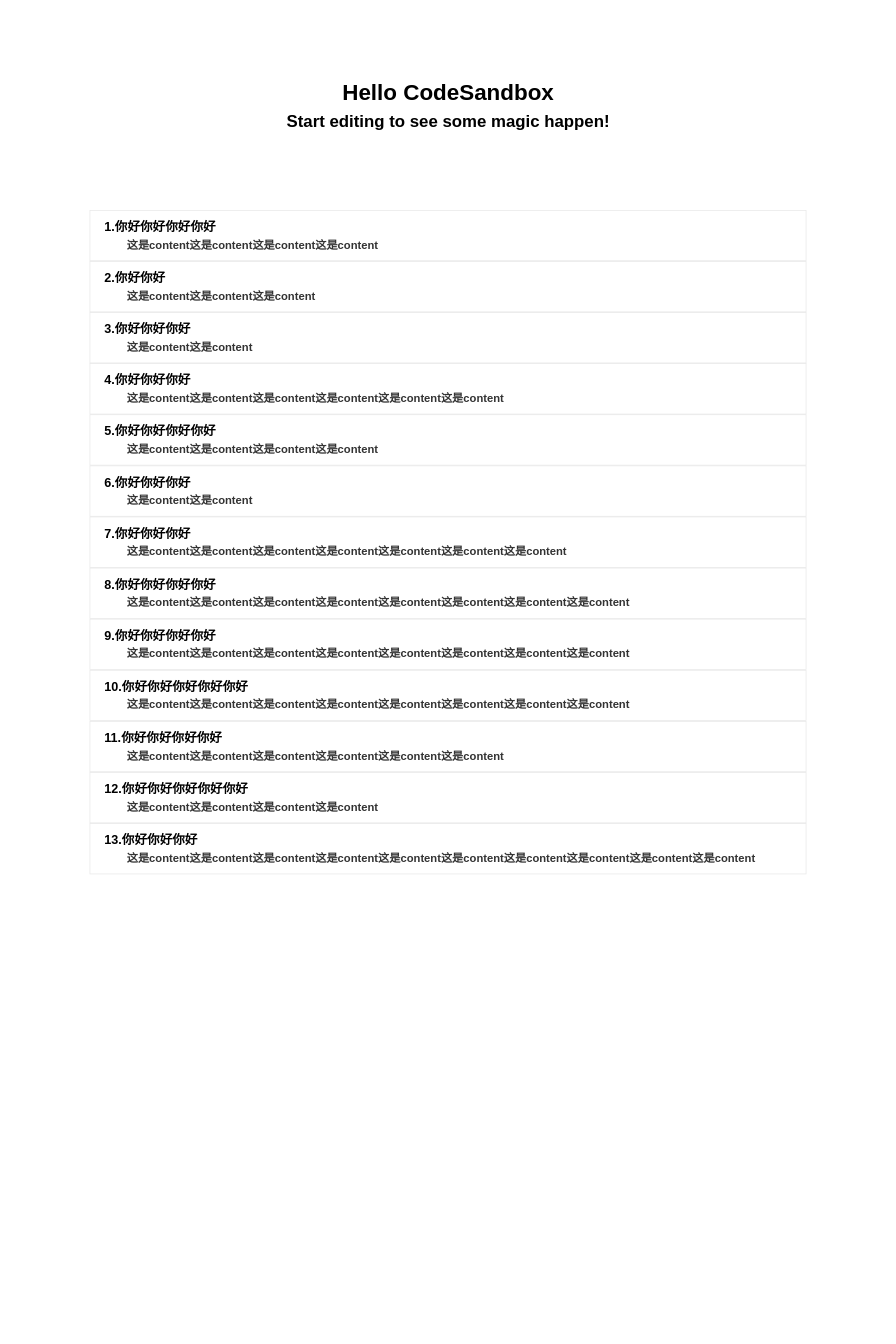
Repository: yuwanlin/react-virtuallist
Page: /
The author's editor kept a copy of each file at every save. The page is drawn from the files as they stood at one save, then again after the next save.
The browser window is 1280 px wide. The pictures show the part of the page from y = 0 to 1920 px (the page is 5489 px tall before and 1277 px after), at 70% of full size.
The project was rebuilt for these pictures with package versions that can differ from the ones it lists, and the page was loaded fresh each time.

Above is the page before, as saved 2019-09-23 19:14:21.

After the next save:
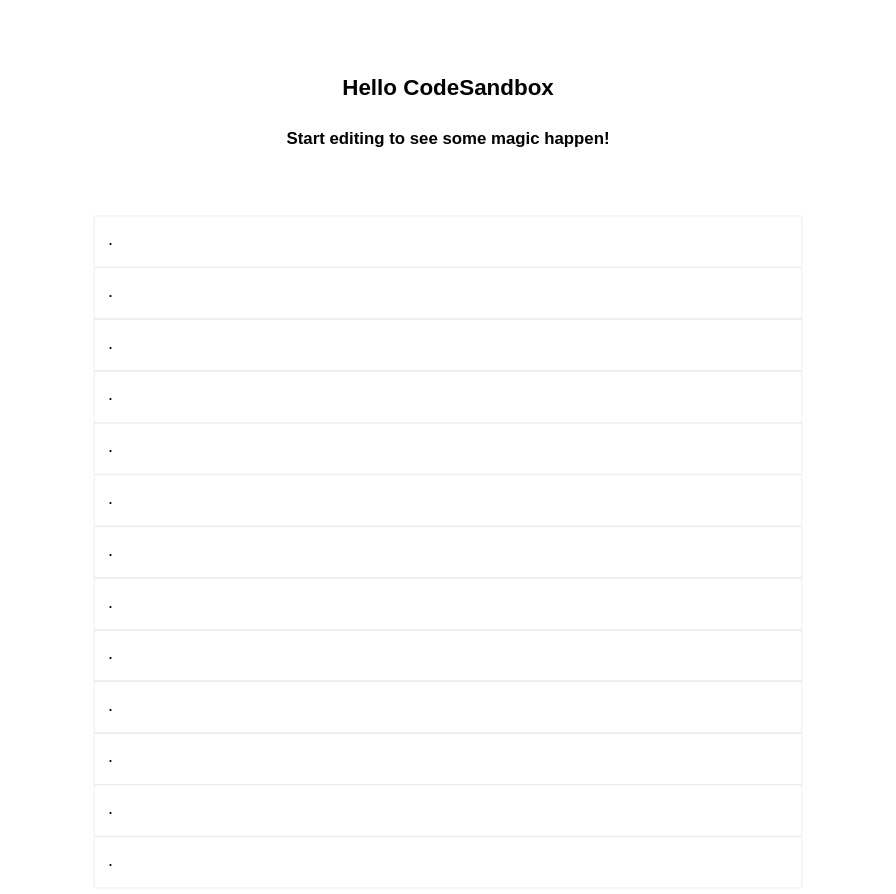
Saved 3 h 14 min later.
--- a/src/containers/virtual-list/index.tsx
+++ b/src/containers/virtual-list/index.tsx
@@ -1,14 +1,12 @@
-import React, { useEffect, useRef, useState, useLayoutEffect } from 'react'
-import { Item } from '../../utils/data'
-import './style.css'
-import ListItem from '../../component/list-item'
+import React, { useEffect, useRef, useState } from 'react'
 
 interface VirtualListProps {
   beforeBufferSize?: number
   afterBufferSize?: number
-  list: Item[]
+  list: any[]
   numberOfContainer: number
   children: (props: any) => React.ReactNode
+  minHeight: number
 }
 
 interface ItemPosition {
@@ -17,19 +15,22 @@
   index: number
 }
 
+export interface ChildrenProps {
+  item: any
+  index: number,
+  handleCalculatePosition: (node: HTMLElement, index: number) => void
+}
+
 const initialPosition = {
   top: 0,
   bottom: 0,
   index: 0,
 }
 
-const averageHeight = 80;
-
 function VirtualList(props: VirtualListProps) {
-  const { beforeBufferSize = 3, afterBufferSize = 3, list = [], numberOfContainer = 10, children } = props
-  console.log('list.length', list.length)
-  const [visibleList, setVisibleList] = useState<Item[]>([])
-  const visibleItmesPositionRef = useRef<ItemPosition[]>([])
+  const { beforeBufferSize = 3, afterBufferSize = 3, list = [], numberOfContainer = 10, children, minHeight } = props
+  const [visibleList, setVisibleList] = useState<any[]>([])
+  const itmesPositionRef = useRef<ItemPosition[]>([])
   const lastScrollItemPosition = useRef<ItemPosition>({ top: 0, bottom: 0, index: 0 })
   const lastScrollTopRef = useRef<number>(0)
   const startIndexRef = useRef<number> (0)
@@ -44,12 +45,16 @@
     endOffset: 0
   })
 
-
   useEffect(function init() {
     if(list.length === 0) {
       return;
     }
-    updateVisibleList();
+    // 当有多屏数据，当滚动的非常快的时候，比如滚动到页面底部后有一个updateVisibleList事件，在事件开始执行时list更新了
+    // 那么这里也会有一个updateVisibleList，该事件先执行，数据是正确的。然后滚动到页面底部的updateVisibleList事件继续执行，数据是之前的数据。就有问题。
+    // 使用setTimeout创建宏任务延迟执行，保证数据正确。
+    setTimeout(() => {
+      updateVisibleList();
+    }, 0);
     window.addEventListener('scroll', handleScroll)
 
     return () => {
@@ -72,6 +77,7 @@
       }
     }
 
+    // 滚动条向上滚动
     if(scrollTop < lastScrollTopRef.current) {
       if(scrollTop < lastScrollItemPosition.current.top) {
         updateStartIndex(scrollTop);
@@ -79,11 +85,10 @@
         lastScrollTopRef.current = scrollTop;
       }
     }
-
   }
 
   const updateStartIndex = (scrollTop: number) => {
-    const targetItemPosition: ItemPosition = visibleItmesPositionRef.current.find(({ bottom }) => bottom > scrollTop)!
+    const targetItemPosition: ItemPosition = itmesPositionRef.current.find(({ bottom }) => bottom > scrollTop)!
     if(!targetItemPosition) return
     lastScrollItemPosition.current = targetItemPosition;
     // 滚动的时候，可以确定lastScrollItemPosition，但是对于startIndex，要结合beforeBufferSize判断
@@ -91,34 +96,37 @@
   }
 
   const updateVisibleList = () => {
-    let endIndex: number = startIndexRef.current + numberOfContainer + afterBufferSize
+    let endIndex: number = startIndexRef.current + numberOfContainer + afterBufferSize;
     if(startIndexRef.current >= beforeBufferSize) {
-      endIndex = endIndex + afterBufferSize;
+      endIndex = endIndex + beforeBufferSize;
+    }
+    if(endIndex >= list.length) {
+      endIndex = list.length;
     }
 
     let startOffset = 0, endOffset = 0;
-    if(list.length - endIndex - 1 <= 0) {
-      endOffset = 0;
-    } else {
-      // 因为存在缓冲的元素，endIndex会超过list.length - 1
-      endOffset = (list.length - endIndex - 1) * averageHeight
+    endOffset = (list.length - endIndex) * minHeight;
+
+    // 滚动后更前列表前，最后一个元素的高度
+    const position = itmesPositionRef.current.find(p => p.index === startIndexRef.current);
+    if(position && itmesPositionRef.current[0]) {
+      // itemspositionref.current可能将某一个元素添加了多次
+      // 1. 只添加一次
+      // 2. 遍历，找到index相等的，而不是找到index对应的元素
+      startOffset = position.top - itmesPositionRef.current[0].top;
     }
-
-    // 滚动后更前列表前，最后一个消失的元素的高度
-    if(visibleItmesPositionRef.current[startIndexRef.current] && visibleItmesPositionRef.current[0]) {
-      startOffset = visibleItmesPositionRef.current[startIndexRef.current].top - visibleItmesPositionRef.current[0].top;
-    }
-    console.log("TCL: updateVisibleList -> startOffset", startOffset, endIndex)
-
     listOffsetRef.current = {
       startOffset,
       endOffset,
     }
+    console.log('index是否相等：', position, startIndexRef.current, endIndex, list.length, itmesPositionRef.current.length)
     setVisibleList(list.slice(startIndexRef.current, endIndex));
   }
 
   const handleCalculatePosition = (node: HTMLElement, index: number) => {
-    if(!node) return
+    if(!node) return;
+    const cachedPosition = itmesPositionRef.current!.find(position => position.index === index);
+    if(cachedPosition) return;
     const { top, height } = node.getBoundingClientRect();
     const nodeOffsetY = top + getScrollTop();
     const position = {
@@ -126,7 +134,7 @@
       bottom: nodeOffsetY + height,
       index
     }
-    visibleItmesPositionRef.current.push(position);
+    itmesPositionRef.current.push(position);
     if(index + 1 === beforeBufferSize) {
       lastBeforeBufferItemPosition.current = position;
     }
@@ -142,19 +150,15 @@
     return null;
   }
 
-
   return (
-    <div className={'virtual-list-box' + bottom}
+    <div
       style={{paddingTop: top + 'px', paddingBottom : listOffsetRef.current.endOffset + 'px'}}
       ref={listBoxRef}
     >
       {
-        visibleList.map((item: Item, index: number) => {
-          const { id, title, content } = item
+        visibleList.map((item: any, index: number) => {
           return children!({
-            id,
-            title,
-            content,
+            item,
             index: startIndexRef.current + index,
             handleCalculatePosition
           })
